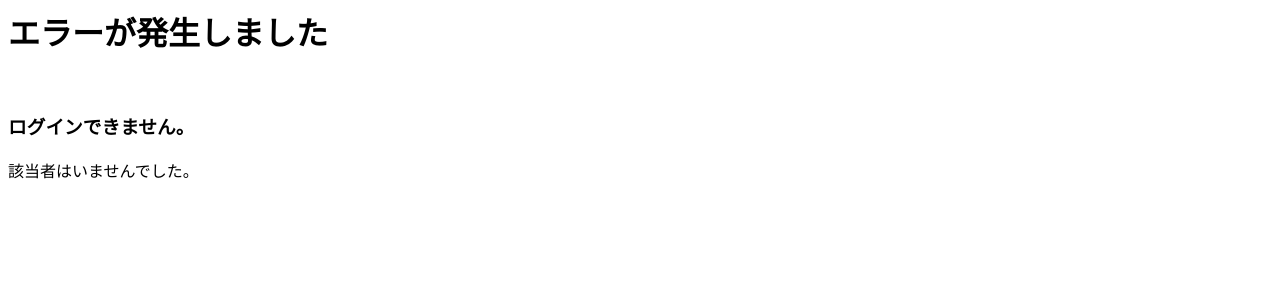
Repository: motoyama0/test
Page: http://localhost/Webproj4/loginError.jsp
These files come from the project's save history. The page is drawn as it stood at one moment and after the next save; the edit follows.
The browser window is 1280 px wide. The pictures show the whole page.
The page is served by Tomcat 9. Nobody is signed in. The application's start-up code is not run.

Above is the page before, as saved 2018-10-24 10:47:19.

After the next save:
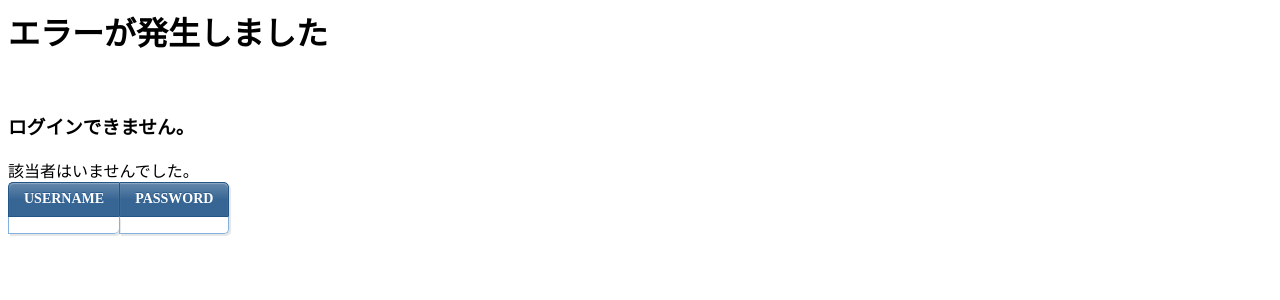
Saved 3 min 33 s later.
--- a/Webproj4/WebContent/loginError.jsp
+++ b/Webproj4/WebContent/loginError.jsp
@@ -16,5 +16,20 @@
 該当者はいませんでした。
 </s:if>
 
+<br>
+<table>
+<tbody>
+<tr>
+  <th>USERNAME</th>
+  <th>PASSWORD</th>
+</tr>
+<tr>
+<s:iterator value="loginDTOList">
+  <td><s:property value="username"/></td>
+  <td><s:property value="password"/></td>
+</s:iterator>
+</tr>
+</tbody>
+</table>
 </body>
 </html>
